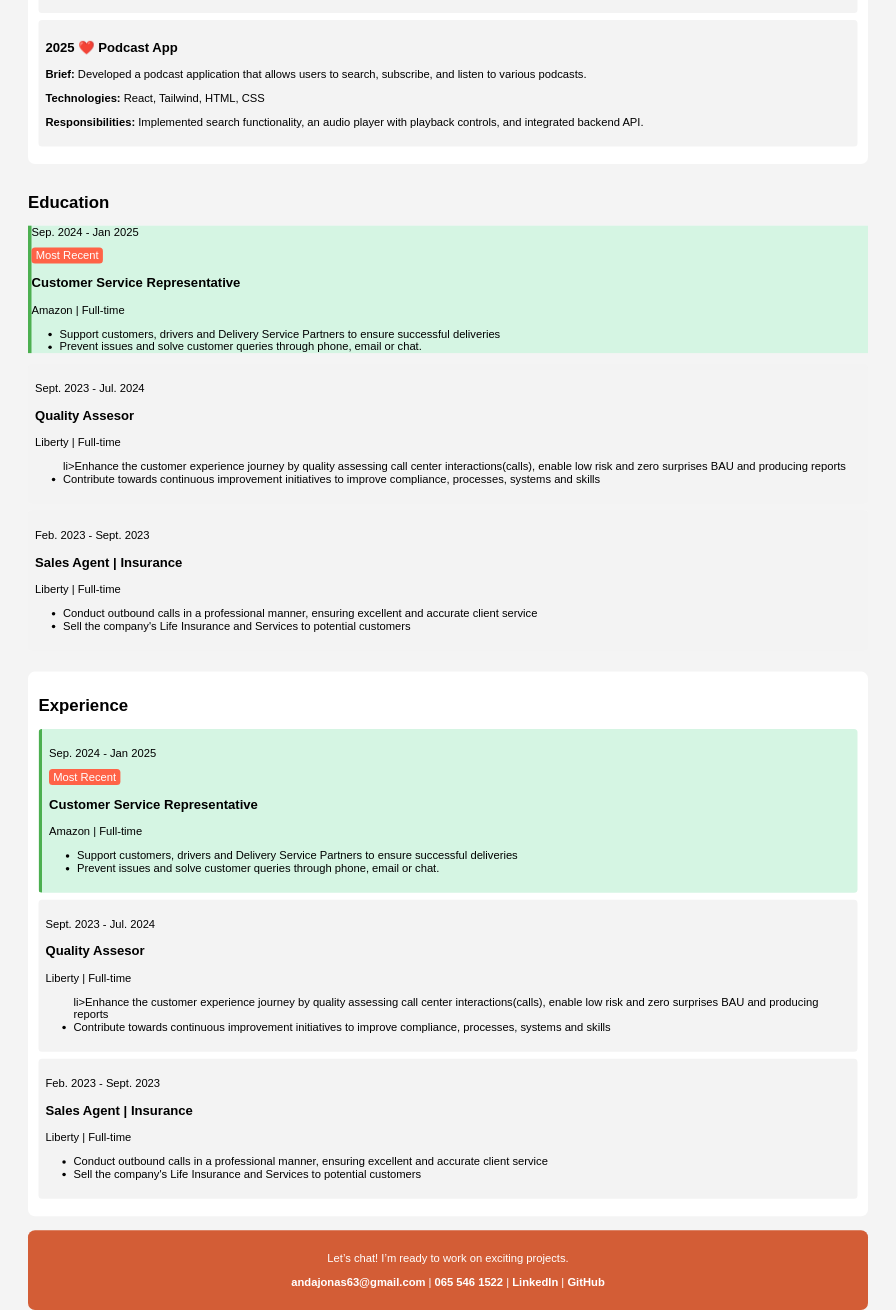
Repository: andajonas/ANDJON25111_fto2502_A2_AndaJonas_SDF_Portfolio_Piece
Page: index.html
An editor plug-in stored every save of this project. The page is shown before and after the next save, followed by the edit.
The browser window is 1280 px wide. The pictures show the part of the page from y = 1198 to 3118 px (the page is 3070 px tall before and 3118 px after), at 70% of full size.
A picture or video elsewhere on the page could not be fetched, so the positions and the page height are approximate.

Above is the page before, as saved 2025-04-03 17:55:39.

After the next save:
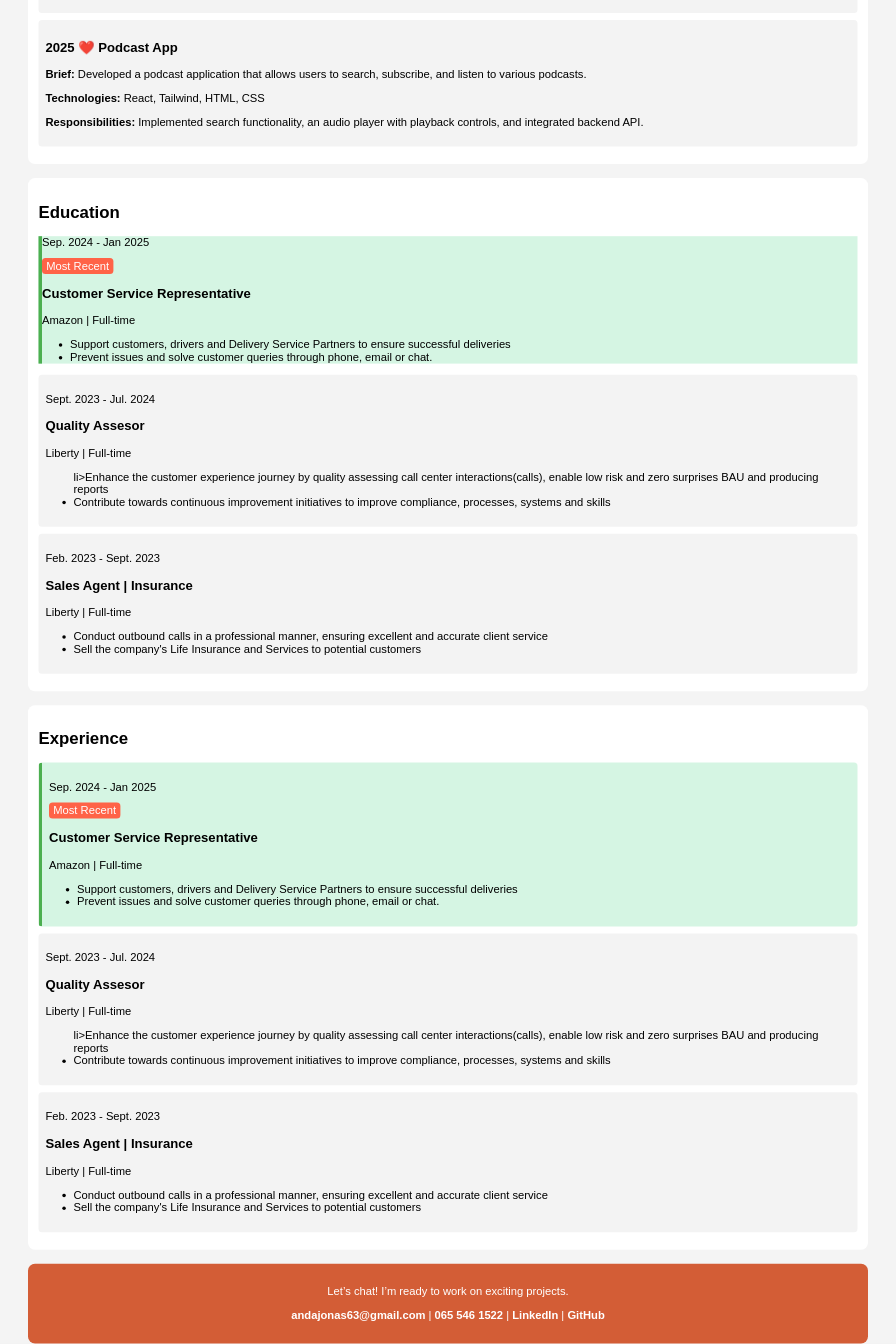
Saved 6 s later.
--- a/styles.css
+++ b/styles.css
@@ -86,7 +86,7 @@ body {
 }
 
 /* Education Section */
-.experience {
+.education {
     background: white;
     padding: 15px;
     border-radius: 10px;
